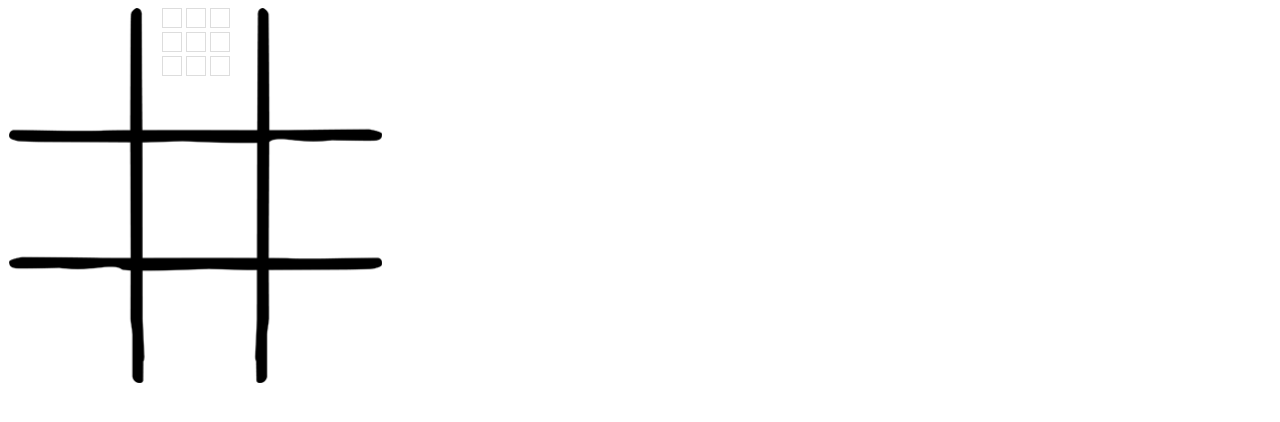
Repository: patrykcode/tic-tac-toe
Page: index.html
An editor plug-in stored every save of this project. The page is shown before and after the next save, followed by the edit.
The browser window is 1280 px wide. The pictures show the whole page.

Above is the page before, as saved 2020-09-20 11:37:06.

### index.html
<!DOCTYPE html>
<html lang="pl">
  <head>
    <meta charset="UTF-8" />
    <meta name="viewport" content="width=device-width, initial-scale=1.0" />
    <title>Gra kółko i krzyżyk</title>
    <script src="https://cdn.jsdelivr.net/npm/vue"></script>
  </head>
  <body>
    <div id="xogame">
      <template v-for="(y,i1) in sqm">
        <template v-for="(val,i2) in y">
          <label :for="'s'+i1+i2" class="sqm" :ref="'s'+i1+i2">
            <input
              type="checkbox"
              :id="'s'+i1+i2"
              v-model="sqm[i1][i2]"
              :disabled="sqm[i1][i2]"
              @input="checkBox(i1,i2)"
              style="display: none"
            />
          </label>
        </template>
        <br />
      </template>
    </div>
    <style>
      *,
      ::after,
      ::before {
        box-sizing: border-box;
      }
      #xogame {
        width: 375px;
        height: 375px;
        text-align: center;
        background-image: url(plansza.png);
        background-size: contain;
        background-repeat: no-repeat;
        background-position: center;
      }
      .sqm {
        display: inline-block;
        border: 1px solid #ddd;
        width: 20px;
        height: 20px;
        margin: 0px 2px;
      }
    </style>
    <script>
      function emptyArray(val, size) {
        let a = [];
        for (let y = 0; y <= size; y++) {
          a[y] = a[y] || [];
          for (let x = 0; x <= size; x++) {
            a[y][x] = val;
          }
        }
        return a;
      }

      const size = 2;
      new Vue({
        el: "#xogame",
        data() {
          return {
            size: size,
            sqm: emptyArray(false, size),
            box: emptyArray("", size),
            click: false,
            players: {
              0: {
                c: "red",
                n: "CZERWONY",
              },
              1: {
                c: "green",
                n: "ZIELONY",
              },
            },
          };
        },
        methods: {
          checkResult(arr) {
            const result = arr.filter(function (x, i, a) {
              return a.indexOf(x) == i;
            });
            if (result.length === 1 && ["x", "o"].indexOf(result[0]) !== -1) {
              const winer = this.players[!this.click ? 1 : 0].n;
              setTimeout(() => {
                alert("Wygrywa gracz: " + winer);
                this.reset();
              }, 100);

              return winer;
            }

          },
          remis(arr){
            const remis = arr.filter(function (x, i, a) {
              return a[i] === "";
            });
            if (remis.length===0) {
              setTimeout(() => {
                alert("REMIS");
                this.reset();
              }, 100);
            }
          },
          winer() {
            let right = [];
            let left = [];
            let all = [];
            for (let y = 0; y <= this.size; y++) {
              let verti = [];
              this.checkResult(this.box[y]);
              right.push(this.box[y][y]);
              for (let x = 0; x <= this.size; x++) {
                verti.push(this.box[x][y]);
                all.push(this.box[x][y]);
              }
              this.checkResult(verti);
            }
            this.checkResult(right);

            for (let y = 0; y <= this.size; y++) {
              for (let x = this.size; x >= 0; x--) {
                if (y === this.size - x) {
                  left.push(this.box[y][x]);
                }
              }
            }
            this.checkResult(left);
            this.remis(all)
          },
          checkBox(y, x) {
            if (this.box[y][x] === "") {
              this.$refs["s" + y + x][0].style.background = this.players[
                this.click ? 1 : 0
              ].c;
              this.box[y][x] = this.click ? "x" : "o";
              //send socket after klick
              this.click = !this.click;
            }
            this.winer();
          },
          clearBg() {
            for (let y = 0; y <= this.size; y++) {
              for (let x = 0; x <= this.size; x++) {
                this.$refs["s" + y + x][0].style.background = "none";
              }
            }
          },
          reset() {
            this.click = false;
            this.sqm = [];
            this.box = [];
            this.sqm = emptyArray(false, this.size);
            this.box = emptyArray("", this.size);
            this.clearBg();
          },
        },
      });
    </script>
  </body>
</html>

After the next save:
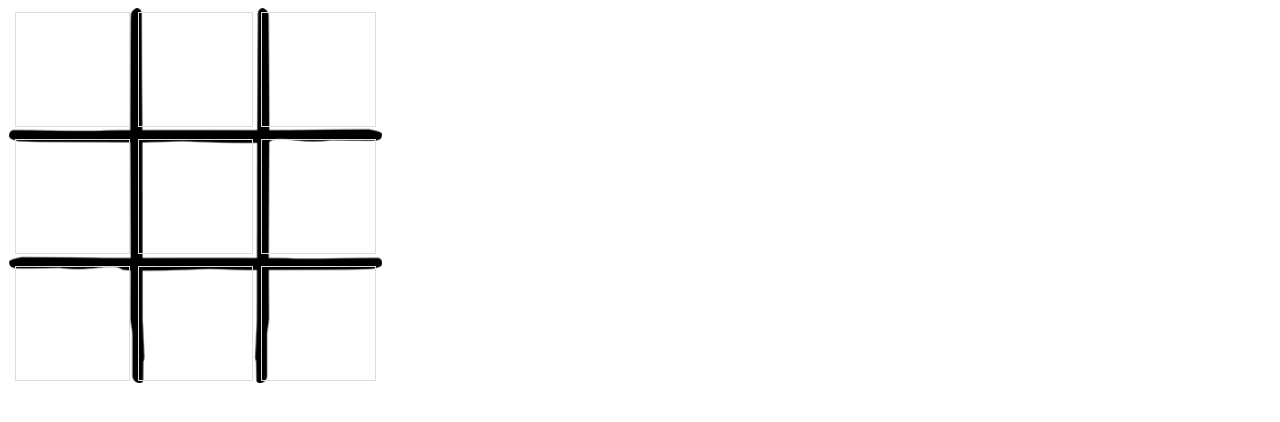
Saved 2 min 9 s later.
--- a/index.html
+++ b/index.html
@@ -42,9 +42,9 @@
       .sqm {
         display: inline-block;
         border: 1px solid #ddd;
-        width: 20px;
-        height: 20px;
-        margin: 0px 2px;
+        width: 115px;
+        height: 115px;
+        margin: 4px;
       }
     </style>
     <script>
